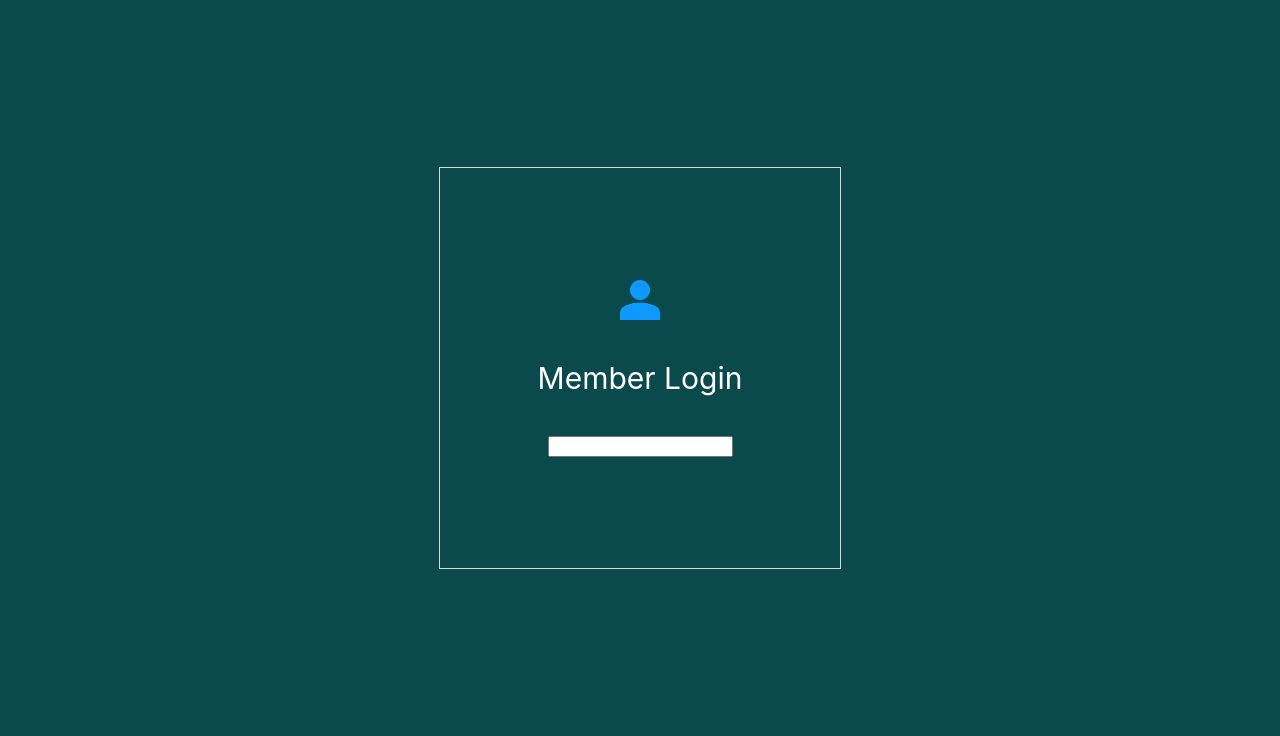
Repository: sheddy1/peter1
Page: work2.html
These files come from the project's save history. The page is drawn as it stood at one moment and after the next save; the edit follows.
The browser window is 1280 px wide. The pictures show the whole page.

Above is the page before, as saved 2025-11-08 15:38:04.

After the next save:
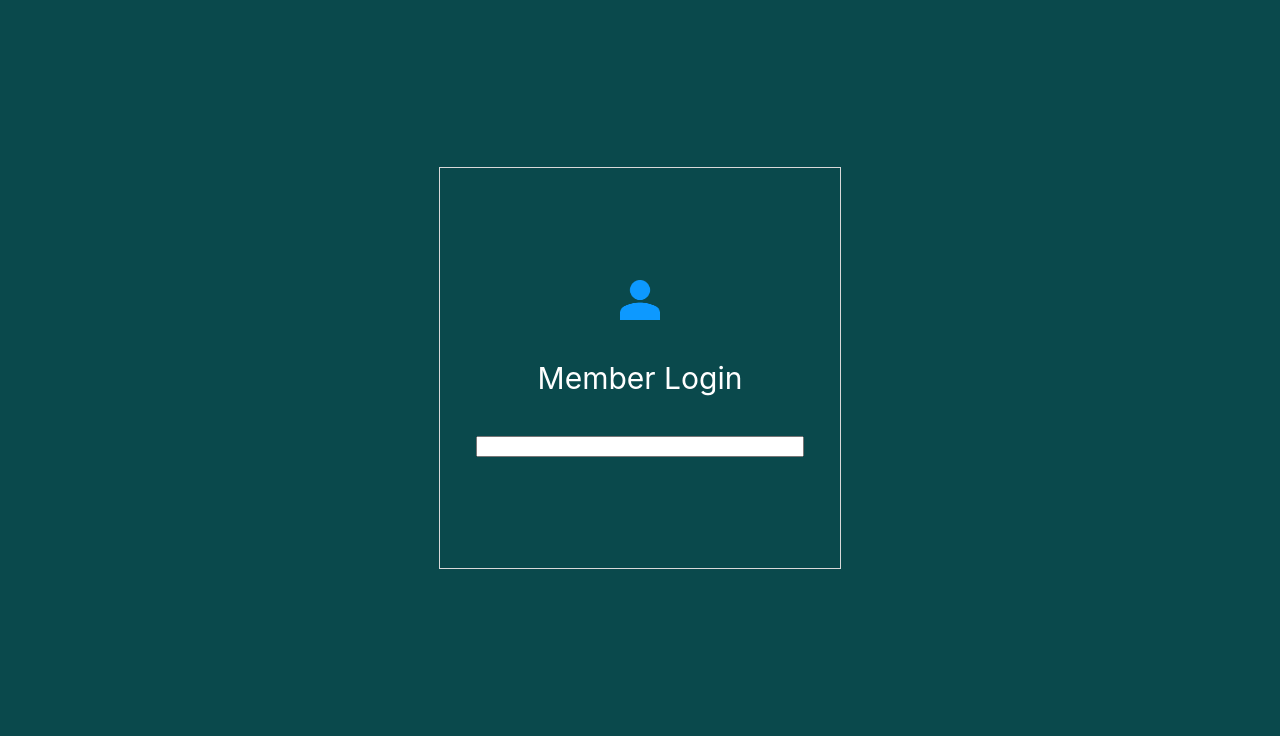
Saved 16 s later.
--- a/work2.css
+++ b/work2.css
@@ -28,3 +28,7 @@ body {
     font-size: 30px;
     ;
 }
+
+.text1{
+    width: 80%;
+}
